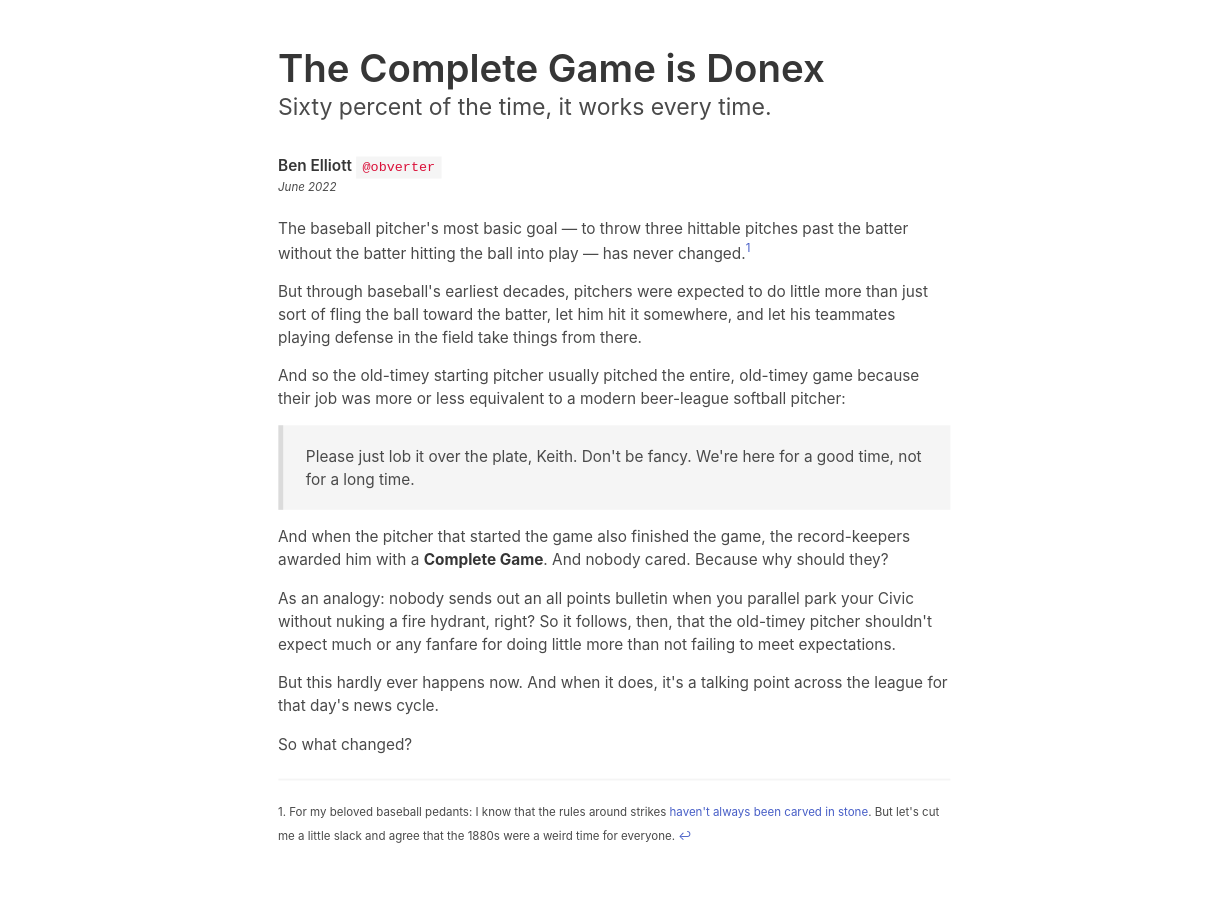
Repository: obverter/complete-games-are-done
Page: index.html
The author's editor kept a copy of each file at every save. The page is drawn from the files as they stood at one save, then again after the next save.
The browser window is 1280 px wide. The pictures show the whole page, at 96% of full size.

Above is the page before, as saved 2022-06-24 16:54:13.

After the next save:
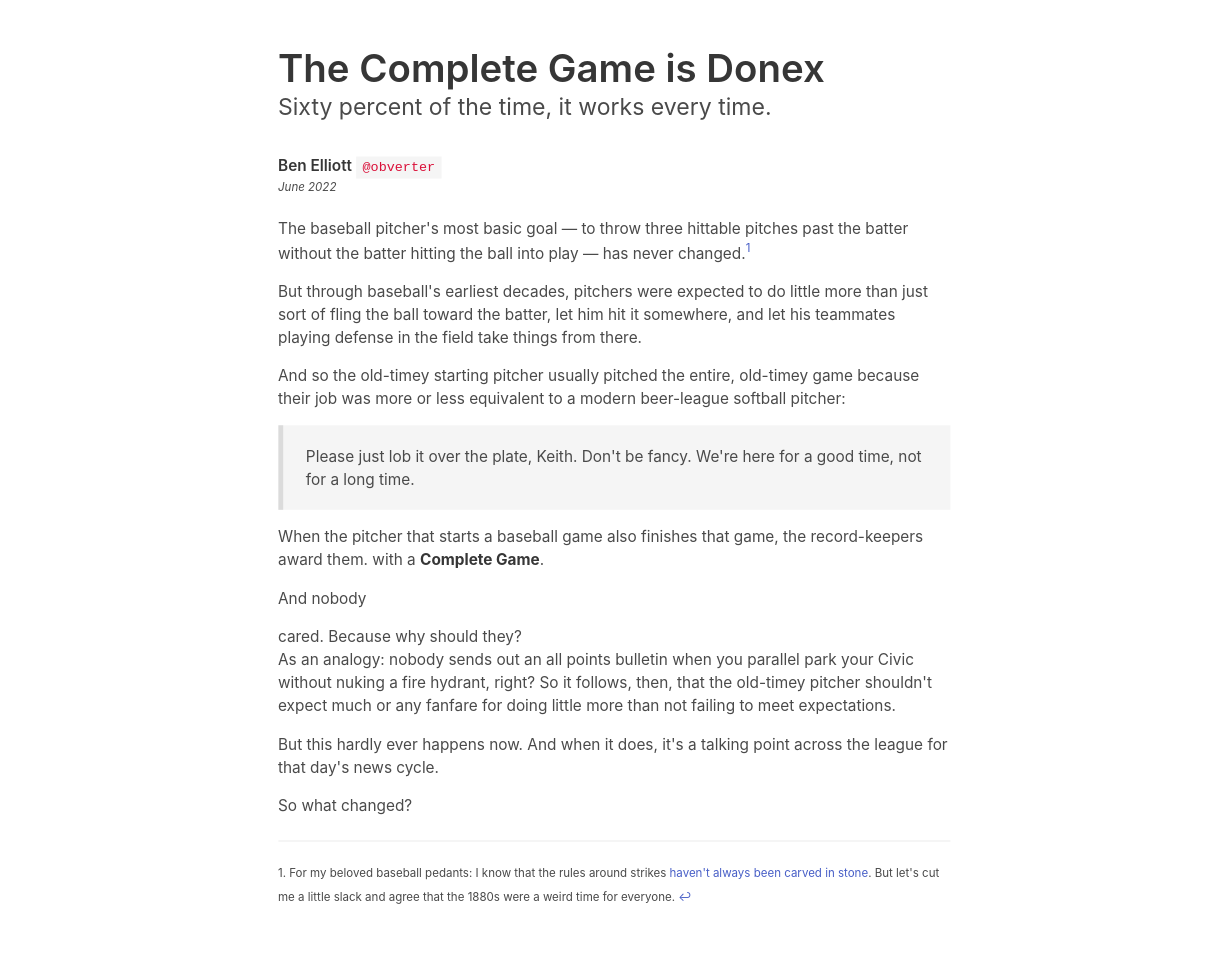
Saved 108 s later.
--- a/index.html
+++ b/index.html
@@ -50,11 +50,13 @@
                         </p>
                             <blockquote>Please just lob it over the plate, Keith. Don't be fancy. We're here for a good time, not for a long time.</blockquote>
                         <p>
-                            And when the pitcher that started the game also
-                            finished the game, the record-keepers awarded him
-                            with a <strong>Complete Game</strong>. And nobody
+                            When the pitcher that starts a baseball game also
+                            finishes that game, the record-keepers award them.
+                            with a <strong>Complete Game</strong>.
+
+                        </p>
+                            <p>And nobody</p>
                             cared. Because why should they?
-                        </p>
                         <p>
                             As an analogy: nobody sends out an all points
                             bulletin when you parallel park your Civic without
